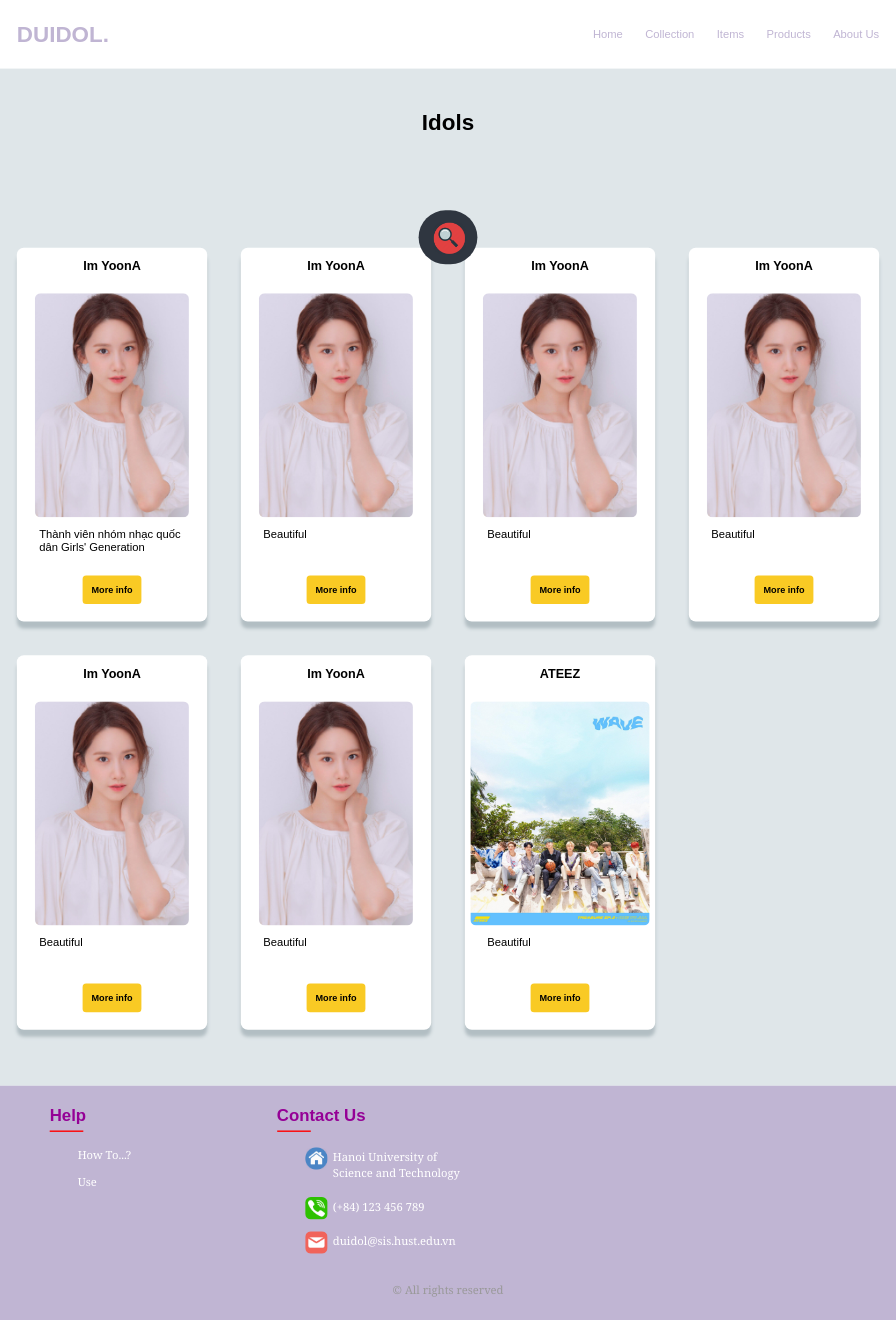
Repository: hangvtt183524/Cong_nghe_Web_va_dich_vu_truc_tuyen_20202
Page: ProjectWeb/src/View/html/idol_list.html
An editor plug-in stored every save of this project. The page is shown before and after the next save, followed by the edit.
The browser window is 1280 px wide. The pictures show the whole page, at 70% of full size.

Above is the page before, as saved 2021-05-06 17:27:57.

After the next save:
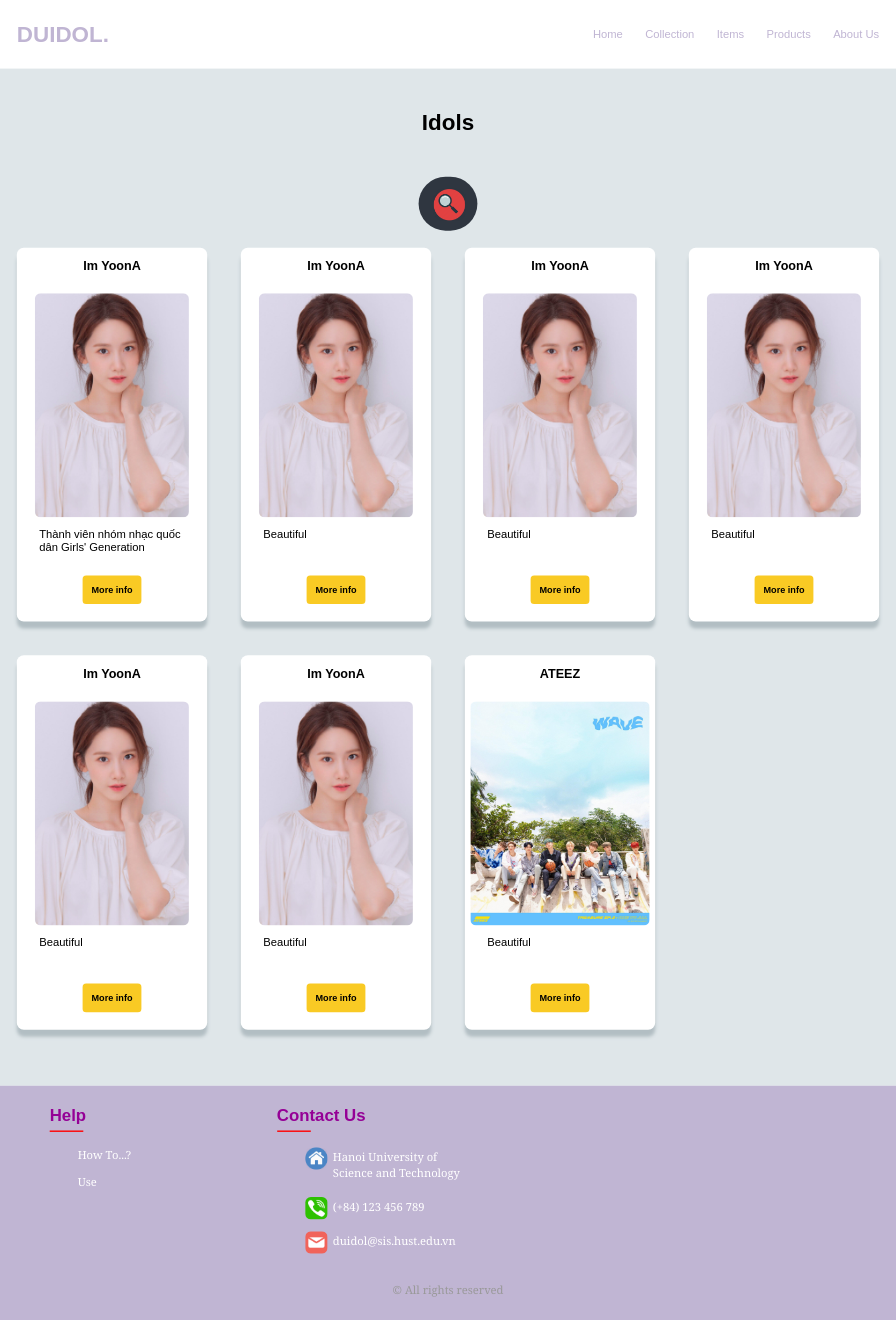
Saved 11 s later.
--- a/ProjectWeb/src/View/css/idol_list.css
+++ b/ProjectWeb/src/View/css/idol_list.css
@@ -26,8 +26,7 @@
 	height: 2.8em;
 	border-radius: 3em;
 	padding: 1em;
-	margin-bottom: 5em;
-	margin-top:3em;
+	margin-bottom: 6em;
 }
 
 .search-box:hover > .search-txt {
